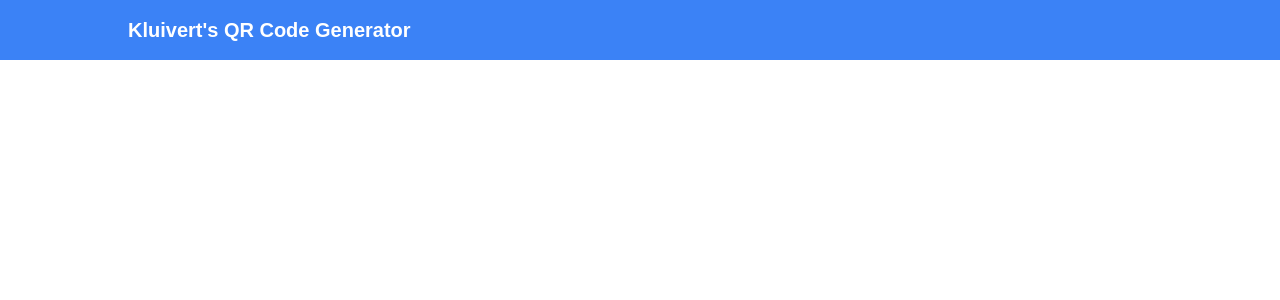
Repository: kluivert-ssali/QRcode-generator
Page: index.html
An editor plug-in stored every save of this project. The page is shown before and after the next save, followed by the edit.
The browser window is 1280 px wide. The pictures show the whole page.
Some web libraries are served in a nearby version.

Above is the page before, as saved 2022-09-01 21:54:04.
Not found: js/script.js

### index.html
<!DOCTYPE html>
<html lang="en">
  <head>
    <meta charset="UTF-8" />
    <meta http-equiv="X-UA-Compatible" content="IE=edge" />
    <meta name="viewport" content="width=device-width, initial-scale=1.0" />
    <script src="js/script.js" defer></script>
    <script src="https://cdn.tailwindcss.com"></script>
    <script>
      tailwind.config = {
        theme: {
          extend: {
            fontFamily: {
              sans: ["Poppins", "sans-serif"],
            },
          },
        },
      };
    </script>
    <script
      src="https://cdnjs.cloudflare.com/ajax/libs/qrcodejs/1.0.0/qrcode.min.js"
      integrity="sha512-CNgIRecGo7nphbeZ04Sc13ka07paqdeTu0WR1IM4kNcpmBAUSHSQX0FslNhTDadL4O5SAGapGt4FodqL8My0mA=="
      crossorigin="anonymous"
      referrerpolicy="no-referrer"
    ></script>
    <title>QR code Generator</title>
  </head>
  <body>
    <header class="bg-blue-500 p-4 mb-10">
      <div class="max-w-5xl m-auto">
        <div class="text-xl font-bold text-white">
          Kluivert's QR Code Generator
        </div>
      </div>
    </header>
  </body>
</html>

After the next save:
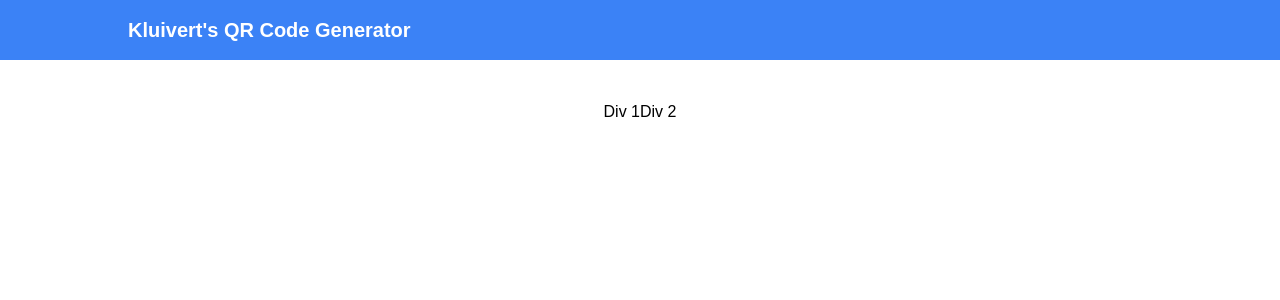
Saved 11 min 56 s later.
--- a/index.html
+++ b/index.html
@@ -33,5 +33,13 @@
         </div>
       </div>
     </header>
+    <main>
+      <div
+        class="flex flex-col-reverse align-center justify-center m-auto md:max-w-4xl md:flex-row"
+      >
+        <div>Div 1</div>
+        <div>Div 2</div>
+      </div>
+    </main>
   </body>
 </html>
